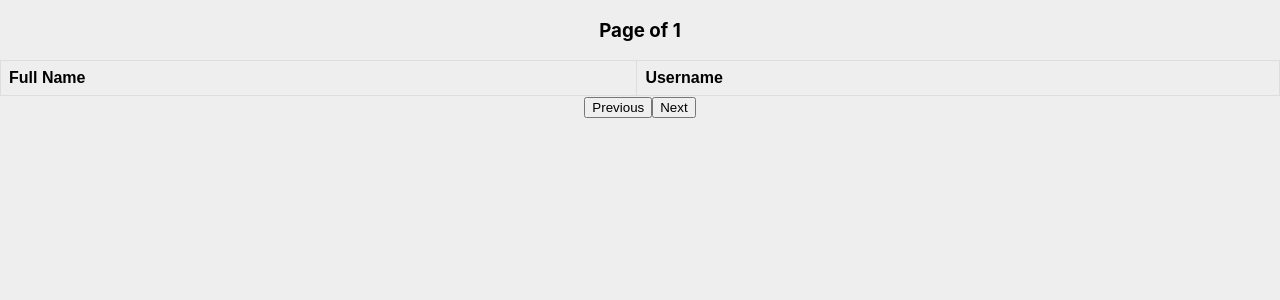
Repository: dangmt/pagination-app
Page: /
These files come from the project's save history. The page is drawn as it stood at one moment and after the next save; the edit follows.
The browser window is 1280 px wide. The pictures show the whole page.
The page's requests for data from a server got no answer. The project was rebuilt for these pictures with package versions that can differ from the ones it lists, and the page was loaded fresh each time. No one was signed in, and anything a server would have sent is missing.

Above is the page before, as saved 2022-06-24 00:29:28.

### src/index.css
body {
  margin: 0;
  font-family: -apple-system, BlinkMacSystemFont, "Segoe UI", "Roboto", "Oxygen",
    "Ubuntu", "Cantarell", "Fira Sans", "Droid Sans", "Helvetica Neue",
    sans-serif;
  -webkit-font-smoothing: antialiased;
  -moz-osx-font-smoothing: grayscale;
  background-color: #eee;
}

code {
  font-family: source-code-pro, Menlo, Monaco, Consolas, "Courier New",
    monospace;
}

### src/App.js
import "./App.css";
import { useEffect, useState } from "react";

function App() {
  const [pageNumber, setPageNumber] = useState(1);
  const [limit, setLimit] = useState(10);
  const [numberOfPages, setNumberOfPages] = useState(0);
  const [posts, setPosts] = useState([]);

  const pages = new Array(numberOfPages).fill(null).map((v, i) => i);

  useEffect(() => {
    fetch(`https://randomuser.me/api/?page=${pageNumber}&results=${limit}

`)
      .then((response) => response.json())
      .then(({ info, results }) => {
        setPosts(results);
        setNumberOfPages(10);
      });
  }, [pageNumber]);

  const gotoPrevious = () => {
    setPageNumber(Math.max(1, pageNumber - 1));
  };

  const gotoNext = () => {
    setPageNumber(Math.min(numberOfPages, pageNumber + 1));
  };

  return (
    <div className="App">
      <h3>Page of {pageNumber}</h3>
      <table>
        <tr>
          <th>Full Name</th>
          <th>Username</th>
        </tr>
        {posts.map((post) => (
          <tr key={post._id}>
            <td>
              {post.name.title + " " + post.name.first + " " + post.name.last}
            </td>
            <td>{post.name.first + " " + post.name.last}</td>
          </tr>
        ))}
      </table>

      <button onClick={gotoPrevious}>Previous</button>
      {pages.map((pageIndex) => (
        <button key={pageIndex} onClick={() => setPageNumber(pageIndex + 1)}>
          {pageIndex + 1}
        </button>
      ))}
      <button onClick={gotoNext}>Next</button>
    </div>
  );
}

export default App;

### src/App.css
.App {
  text-align: center;
}

.App-logo {
  height: 40vmin;
  pointer-events: none;
}

table {
  font-family: arial, sans-serif;
  border-collapse: collapse;
  width: 100%;
}

td,
th {
  border: 1px solid #dddddd;
  text-align: left;
  padding: 8px;
}

tr:nth-child(even) {
  background-color: #dddddd;
}

@media (prefers-reduced-motion: no-preference) {
  .App-logo {
    animation: App-logo-spin infinite 20s linear;
  }
}

.App-header {
  background-color: #282c34;
  min-height: 100vh;
  display: flex;
  flex-direction: column;
  align-items: center;
  justify-content: center;
  font-size: calc(10px + 2vmin);
  color: white;
}

.App-link {
  color: #61dafb;
}

@keyframes App-logo-spin {
  from {
    transform: rotate(0deg);
  }
  to {
    transform: rotate(360deg);
  }
}

.post {
  background-color: white;
  width: 200px;
  height: 100px;
  padding: 10px;
  margin: 0 auto;
  margin-bottom: 10px;
  box-shadow: 0 4px 8px 0 #999;
}

Loaded but not shown: public/index.html (common file); src/index.js (common file); src/reportWebVitals.js (common file)

After the next save:
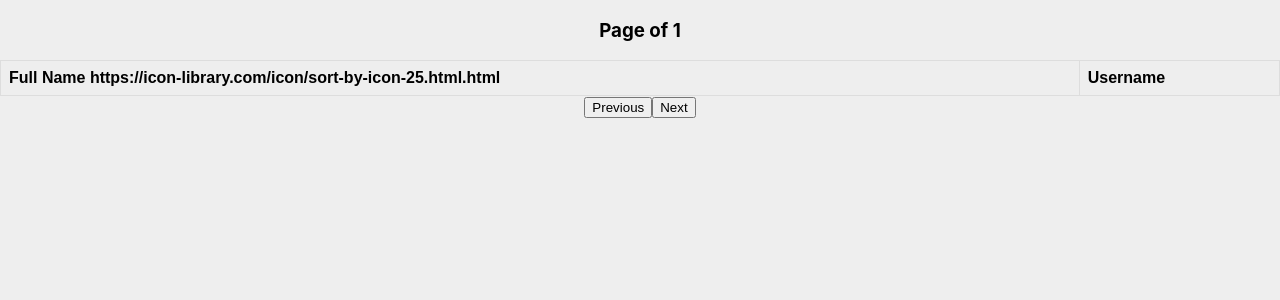
Saved 9 min 2 s later.
--- a/src/App.js
+++ b/src/App.js
@@ -33,7 +33,9 @@
       <h3>Page of {pageNumber}</h3>
       <table>
         <tr>
-          <th>Full Name</th>
+          <th>
+            Full Name https://icon-library.com/icon/sort-by-icon-25.html.html
+          </th>
           <th>Username</th>
         </tr>
         {posts.map((post) => (

After the save that followed:
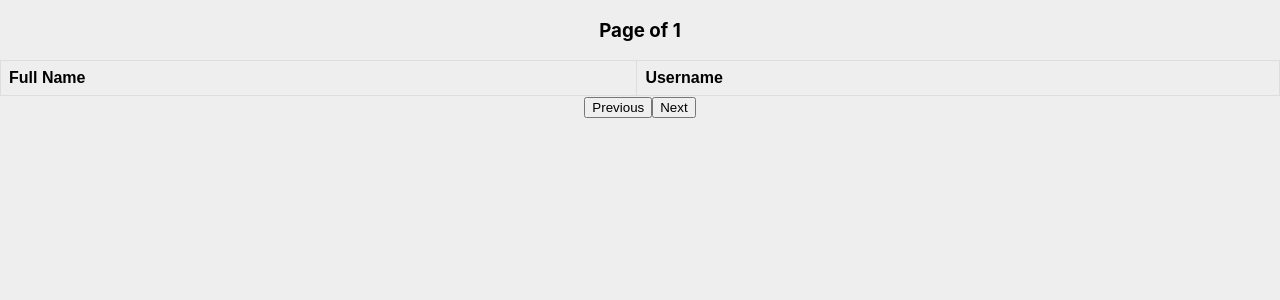
Saved 19 s later.
--- a/src/App.js
+++ b/src/App.js
@@ -33,9 +33,7 @@
       <h3>Page of {pageNumber}</h3>
       <table>
         <tr>
-          <th>
-            Full Name https://icon-library.com/icon/sort-by-icon-25.html.html
-          </th>
+          <th>Full Name</th>
           <th>Username</th>
         </tr>
         {posts.map((post) => (
